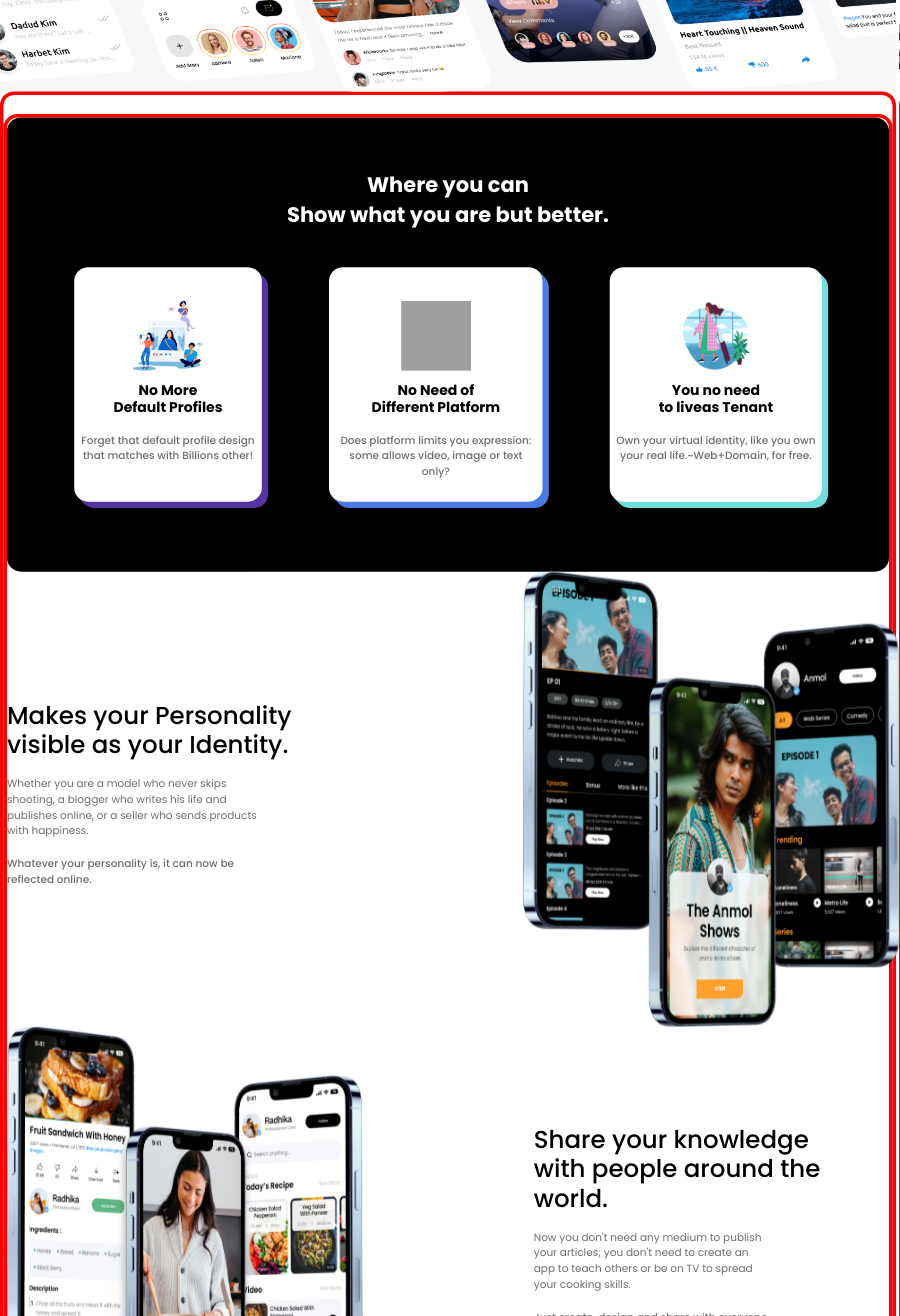
Repository: itsmesikandar/swavy.in.github.io
Page: index.html
An editor plug-in stored every save of this project. The page is shown before and after the next save, followed by the edit.
The browser window is 1280 px wide. The page is 1285 px wide, so the pictures cover 1285 px, including what lies to the right of the window. The pictures show the part of the page from y = 614 to 2494 px (the page is 4930 px tall before and 4924 px after), at 70% of full size.
Pictures or frames that could not be fetched are drawn as grey boxes.

Above is the page before, as saved 2023-02-22 23:18:44.
Console error: TypeError: Cannot read properties of undefined (reading 'fn')

After the next save:
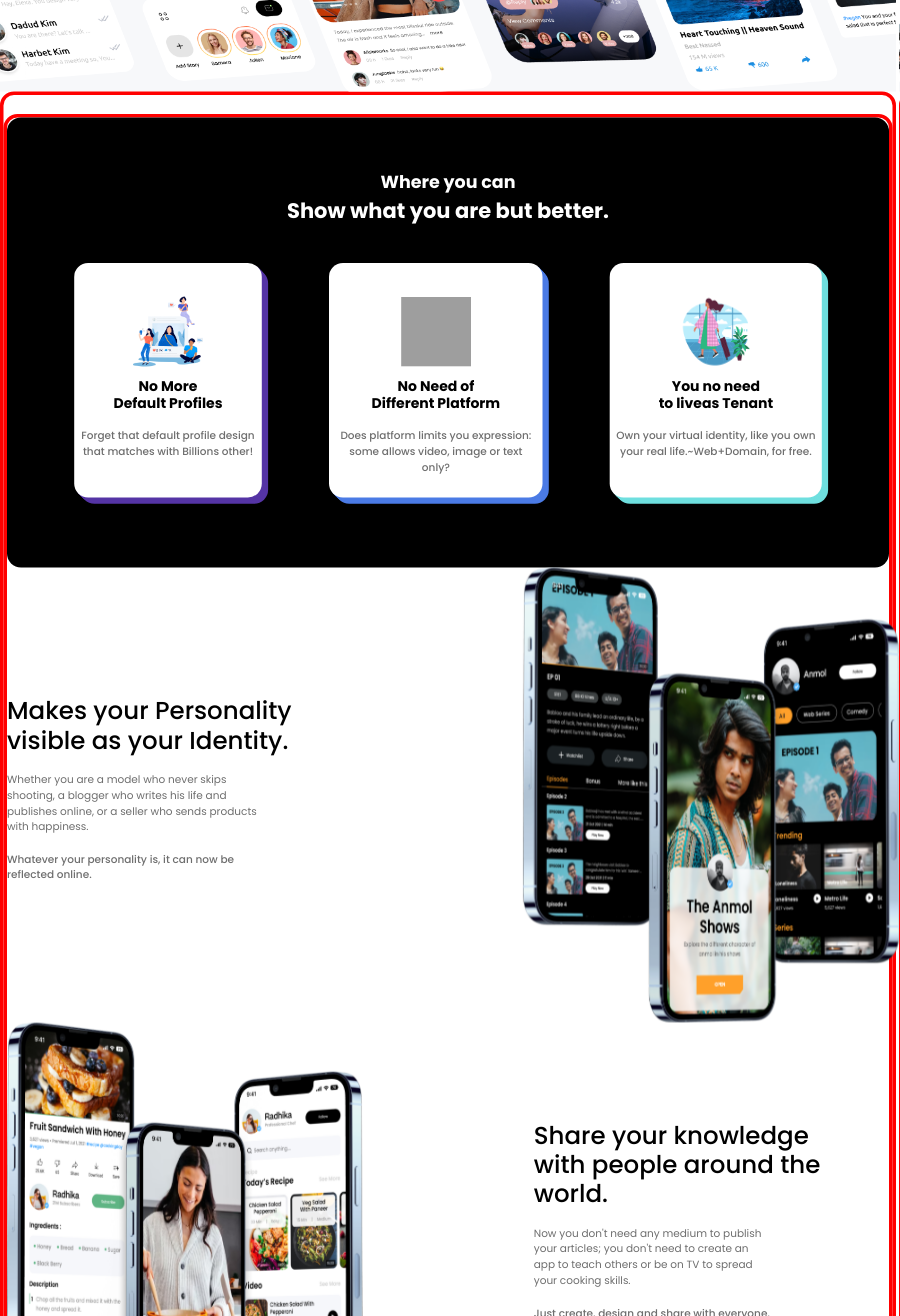
Saved 104 s later.
--- a/index.html
+++ b/index.html
@@ -69,8 +69,7 @@
             </div> -->
 
             <div class="content-header  ">
-              <h3 class="section-subtitle color-white"><b>Where you can</b></h3>
-              <h5 class="section-subtitle color-white "></h5>
+              <h4 class="section-subtitle color-white"><b>Where you can</b></h4>
               <h3 class="color-white"><b>Show what you are but better.</b></h3>
             </div>
 
